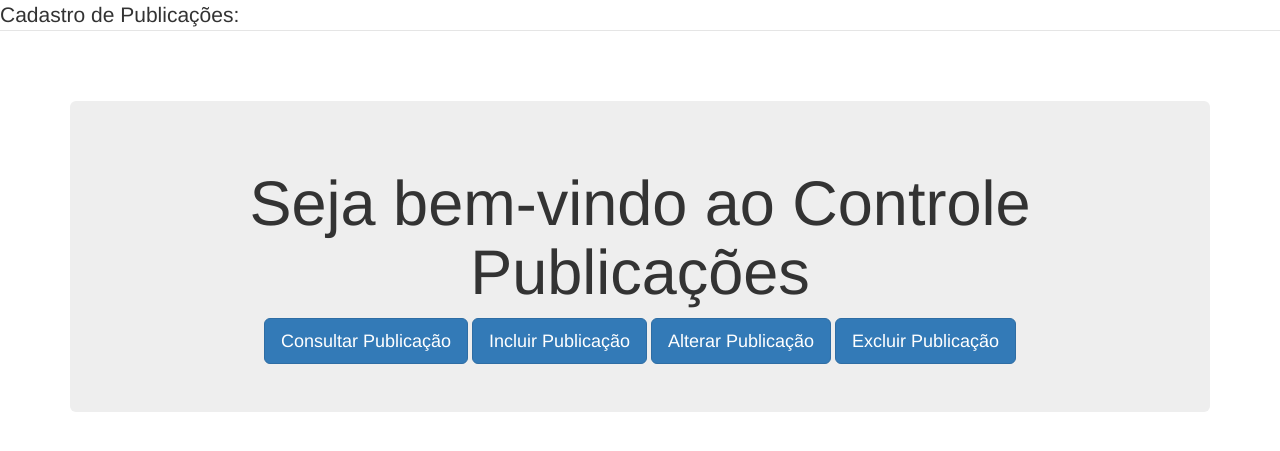
Repository: fabriciofelipe/mestrado-tesd-soa
Page: http://localhost/PublicacaoConsumer/WEB-INF/views/index.jsp
An editor plug-in stored every save of this project. The page is shown before and after the next save, followed by the edit.
The browser window is 1280 px wide. The pictures show the whole page.
Some web libraries are served in a nearby version. The page is served by Tomcat 9. Nobody is signed in. The template is opened directly, without the code that normally fills it, so the values that code supplies are empty.

Above is the page before, as saved 2017-04-14 23:00:01.
Console error (its wording comes from the project's code and is left out).

After the next save:
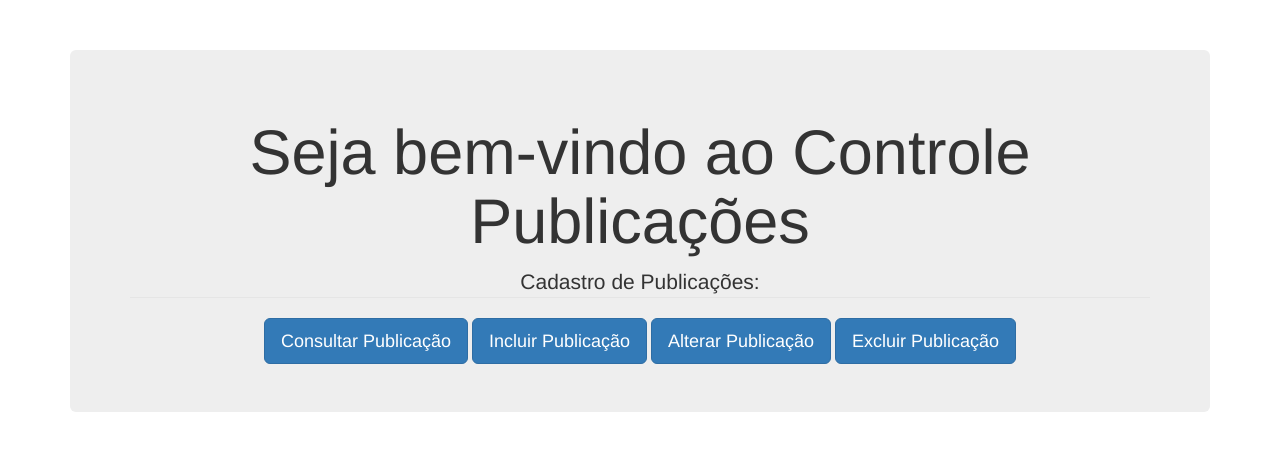
Saved 34 s later.
--- a/projetoSoap/PublicacaoConsumer/WebContent/WEB-INF/views/index.jsp
+++ b/projetoSoap/PublicacaoConsumer/WebContent/WEB-INF/views/index.jsp
@@ -6,19 +6,19 @@
         <link href="https://maxcdn.bootstrapcdn.com/bootstrap/3.3.7/css/bootstrap.min.css" rel="stylesheet" />
     </head>
     <body>
-    <fieldset><legend>Cadastro de Publicações:</legend>
     <div class="container">
         <div class="jumbotron" align="center" style="margin-top: 50px;">
             <h1>Seja bem-vindo ao Controle Publicações</h1>
+    <fieldset><legend>Cadastro de Publicações:</legend>
             <div align="center">
                 <a href="publicacoes" class="btn btn-lg btn-primary">Consultar Publicação</a>
                 <a href="cadastrarPublicacao" class="btn btn-lg btn-primary">Incluir Publicação</a>
                 <a href="alterarPublicacao" class="btn btn-lg btn-primary">Alterar Publicação</a>
                 <a href="excluirPublicacao" class="btn btn-lg btn-primary">Excluir Publicação</a>
             </div>
+     </fieldset>
         </div>
     </div>
-     </fieldset>
     <script src="https://maxcdn.bootstrapcdn.com/bootstrap/3.3.7/js/bootstrap.min.js"></script>
      <script src="https://ajax.googleapis.com/ajax/libs/jquery/1.11.0/jquery.min.js "></script>
     </body>
